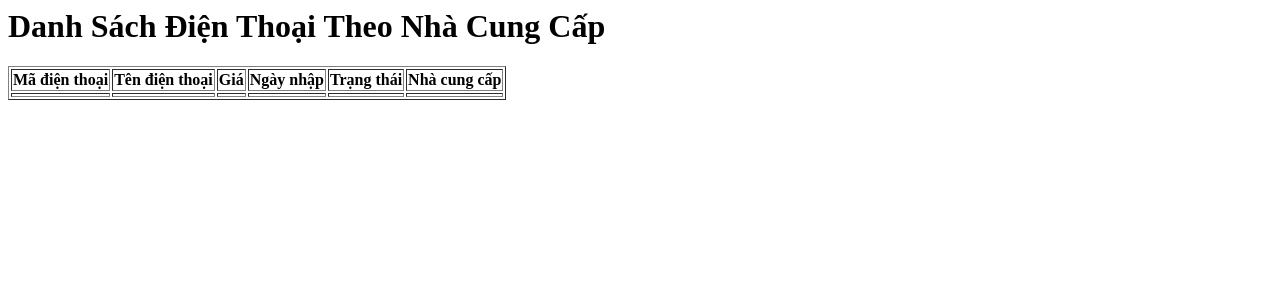
Repository: ducvu2414/WWW_OnGK
Page: http://localhost/Bai1/DanhSachDienThoaiNCC
The author's editor kept a copy of each file at every save. The page is drawn from the files as they stood at one save, then again after a run of saves.
The browser window is 1280 px wide. The pictures show the whole page.
The page is served by Tomcat 10. Other server files are loaded and not shown. Queries for data that is not in the repository find no rows.

Above is the page before, as saved 2024-10-05 05:31:38.

### Bai1/src/main/webapp/DanhSachDienThoaiNCC.jsp
<%@ page contentType="text/html;charset=UTF-8" language="java"%>
<%@ page import="java.util.List"%>
<%@ page import="java.util.Map"%>
<%@ page import="entities.NhaCungCap"%>
<%@ page import="entities.DienThoai"%>

<html>
<head>
<title>Danh Sách Điện Thoại Nhà Cung Cấp</title>
</head>
<body>
	<h1>Danh Sách Điện Thoại Theo Nhà Cung Cấp</h1>


	<table border="1">
		<thead>
			<tr>
				<th>Mã điện thoại</th>
				<th>Tên điện thoại</th>
				<th>Giá</th>
				<th>Ngày nhập</th>
				<th>Trạng thái</th>
				<th>Nhà cung cấp</th>
		</thead>

		<tbody>
			<c:forEach var="dt" items="${nhaCungCapDienThoais}">
				<tr>
					<td>${dt.maDienThoai}</td>
					<td>${dt.tenDienThoai}</td>
					<td>${dt.gia}</td>
					<td>${dt.ngayNhap}</td>
					<td>${dt.trangThai}</td>
					<td>${dt.nhaCungCap.tenNhaCungCap}</td>
				</tr>
			</c:forEach>
		</tbody>
	</table>
</body>
</html>

### Bai1/src/main/java/controller/DanhSachDienThoaiNCCServlet.java
package controller;

import jakarta.annotation.Resource;
import jakarta.servlet.ServletConfig;
import jakarta.servlet.ServletException;
import jakarta.servlet.annotation.WebServlet;
import jakarta.servlet.http.HttpServlet;
import jakarta.servlet.http.HttpServletRequest;
import jakarta.servlet.http.HttpServletResponse;
import java.io.IOException;
import java.util.List;
import java.util.Map;

import javax.sql.DataSource;

import dao.DienThoaiDAO;
import dao.NhaCungCapDAO;
import daoImpl.DienThoaiDAOImpl;
import daoImpl.NhaCungCapDAOImpl;
import entities.DienThoai;
import entities.NhaCungCap;

/**
 * Servlet implementation class DanhSachDienThoaiNCCServlet
 */
public class DanhSachDienThoaiNCCServlet extends HttpServlet {
	private static final long serialVersionUID = 1L;

	@Resource(name = "jdbc/quanlydienthoai")
	private DataSource dataSource;
	private DienThoaiDAO dienThoaiDAO;
	private NhaCungCapDAO nhaCungCapDAO;

	/**
	 * @see HttpServlet#HttpServlet()
	 */
	public DanhSachDienThoaiNCCServlet() {
		super();
		// TODO Auto-generated constructor stub
	}

	@Override
	public void init(ServletConfig config) throws ServletException {
		// TODO Auto-generated method stub
		super.init(config);
		dienThoaiDAO = new DienThoaiDAOImpl(this.dataSource);
		nhaCungCapDAO = new NhaCungCapDAOImpl(this.dataSource);
	}

	/**
	 * @see HttpServlet#doGet(HttpServletRequest request, HttpServletResponse
	 *      response)
	 */
	protected void doGet(HttpServletRequest request, HttpServletResponse response)
			throws ServletException, IOException {
		DienThoaiDAO dienThoaiDAO = new DienThoaiDAOImpl(dataSource);
		List<DienThoai> nhaCungCapDienThoais = dienThoaiDAO.getTatCaDienThoaiNhomTheoNhaCungCap();

		nhaCungCapDienThoais.forEach(dt -> {
			System.out.println(dt.getNhaCungCap().getTenNhaCC());
		});
		request.setAttribute("nhaCungCapDienThoais", nhaCungCapDienThoais);

		request.getRequestDispatcher("/DanhSachDienThoaiNCC.jsp").forward(request, response);
	}

	/**
	 * @see HttpServlet#doPost(HttpServletRequest request, HttpServletResponse
	 *      response)
	 */
	protected void doPost(HttpServletRequest request, HttpServletResponse response)
			throws ServletException, IOException {
		// TODO Auto-generated method stub
		doGet(request, response);
	}

}

### Bai1/src/main/java/daoImpl/DienThoaiDAOImpl.java
package daoImpl;

import java.sql.Connection;
import java.sql.PreparedStatement;
import java.sql.ResultSet;
import java.util.ArrayList;
import java.util.HashMap;
import java.util.List;
import java.util.Map;
import java.util.Optional;

import javax.sql.DataSource;

import dao.DienThoaiDAO;
import dao.NhaCungCapDAO;
import entities.DienThoai;
import entities.NhaCungCap;

public class DienThoaiDAOImpl implements DienThoaiDAO {
	private DataSource dataSource;
	private NhaCungCapDAO nhaCungCapDAO;

	public DienThoaiDAOImpl(DataSource dataSource) {
		super();
		this.dataSource = dataSource;
		nhaCungCapDAO = new NhaCungCapDAOImpl(this.dataSource);
	}

	@Override
	public boolean addDienThoai(DienThoai dt) {
		String sql = "INSERT INTO DIENTHOAI (TENDT, NAMSANXUAT, CAUHINH, MANCC, HINHANH) VALUES (?, ?, ?, ?, ?)";
		try (Connection con = this.dataSource.getConnection(); PreparedStatement ps = con.prepareStatement(sql)) {
			ps.setString(1, dt.getTenDT());
			ps.setInt(2, dt.getNamSanXuat());
			ps.setString(3, dt.getCauHinh());
			ps.setInt(4, dt.getNhaCungCap().getId());
			ps.setString(5, dt.getHinhAnh());

			int rowsInserted = ps.executeUpdate();
			return rowsInserted > 0;
		} catch (Exception e) {
			e.printStackTrace();
			return false;
		}
	}

	@Override
	public boolean updateDienThoai(DienThoai dt) {
		String sql = "UPDATE DIENTHOAI SET TENDT=?, NAMSANXUAT=?, CAUHINH=?, MANCC=?, HINHANH=? WHERE MADT=?";
		try (Connection con = this.dataSource.getConnection(); PreparedStatement ps = con.prepareStatement(sql)) {
			ps.setString(1, dt.getTenDT());
			ps.setInt(2, dt.getNamSanXuat());
			ps.setString(3, dt.getCauHinh());
			ps.setInt(4, dt.getNhaCungCap().getId());
			ps.setString(5, dt.getHinhAnh());
			ps.setLong(6, dt.getId());

			int rowsUpdated = ps.executeUpdate();
			return rowsUpdated > 0;
		} catch (Exception e) {
			e.printStackTrace();
			return false;
		}
	}

	@Override
	public boolean deleteDienThoai(long maDienThoai) {
		String sql = "DELETE FROM DIENTHOAI WHERE MADT=?";
		try (Connection con = this.dataSource.getConnection(); PreparedStatement ps = con.prepareStatement(sql)) {
			ps.setLong(1, maDienThoai);

			int rowsDeleted = ps.executeUpdate();
			return rowsDeleted > 0;
		} catch (Exception e) {
			e.printStackTrace();
			return false;
		}
	}

	@Override
	public Optional<DienThoai> getDienThoai(long maDienThoai) {
		String sql = "SELECT * FROM DIENTHOAI WHERE MADT=?";
		try (Connection con = this.dataSource.getConnection(); PreparedStatement ps = con.prepareStatement(sql)) {
			ps.setLong(1, maDienThoai);
			try (ResultSet rs = ps.executeQuery()) {
				if (rs.next()) {
					DienThoai dienThoai = new DienThoai();
					dienThoai.setId(rs.getLong("MADT"));
					dienThoai.setTenDT(rs.getString("TENDT"));
					dienThoai.setNamSanXuat(rs.getInt("NAMSANXUAT"));
					dienThoai.setCauHinh(rs.getString("CAUHINH"));

					int maNCC = rs.getInt("MANCC");
					NhaCungCap nhaCungCap = nhaCungCapDAO.getNhaCungCap(maNCC).get();
					dienThoai.setNhaCungCap(nhaCungCap);
					dienThoai.setHinhAnh(rs.getString("HINHANH"));
					return Optional.of(dienThoai);
				}
			}
		} catch (Exception e) {
			e.printStackTrace();
		}
		return Optional.empty();
	}

	@Override
	public List<DienThoai> getAllDienThoai() {
		String sql = "SELECT * FROM DIENTHOAI";
		List<DienThoai> dienThoais = new ArrayList<>();
		try (Connection con = this.dataSource.getConnection();
				PreparedStatement ps = con.prepareStatement(sql);
				ResultSet rs = ps.executeQuery()) {
			while (rs.next()) {
				DienThoai dienThoai = new DienThoai();
				dienThoai.setId(rs.getLong("MADT"));
				dienThoai.setTenDT(rs.getString("TENDT"));
				dienThoai.setNamSanXuat(rs.getInt("NAMSANXUAT"));
				dienThoai.setCauHinh(rs.getString("CAUHINH"));
				int maNCC = rs.getInt("MANCC");
				NhaCungCap nhaCungCap = nhaCungCapDAO.getNhaCungCap(maNCC).get();
				dienThoai.setNhaCungCap(nhaCungCap);
				dienThoai.setHinhAnh(rs.getString("HINHANH"));
				dienThoais.add(dienThoai);
			}
		} catch (Exception e) {
			e.printStackTrace();
		}
		return dienThoais;
	}

	@Override
	public List<DienThoai> getDienThoaiByMaNhaCungCap(int maNhaCungCap) {
		String sql = "SELECT * FROM DIENTHOAI WHERE MANCC=?  GROUP BY MANCC;" + "";
		List<DienThoai> dienThoais = new ArrayList<>();
		try (Connection con = this.dataSource.getConnection(); PreparedStatement ps = con.prepareStatement(sql)) {
			ps.setInt(1, maNhaCungCap);
			try (ResultSet rs = ps.executeQuery()) {
				while (rs.next()) {
					DienThoai dienThoai = new DienThoai();
					dienThoai.setId(rs.getLong("MADT"));
					dienThoai.setTenDT(rs.getString("TENDT"));
					dienThoai.setNamSanXuat(rs.getInt("NAMSANXUAT"));
					dienThoai.setCauHinh(rs.getString("CAUHINH"));
					int maNCC = rs.getInt("MANCC");
					NhaCungCap nhaCungCap = nhaCungCapDAO.getNhaCungCap(maNCC).get();
					dienThoai.setNhaCungCap(nhaCungCap);
					dienThoai.setHinhAnh(rs.getString("HINHANH"));
					dienThoais.add(dienThoai);
				}
			}
		} catch (Exception e) {
			e.printStackTrace();
		}
		return dienThoais;
	}

	@Override
	public List<DienThoai> getTatCaDienThoaiNhomTheoNhaCungCap() {
		String sql = "SELECT * FROM DIENTHOAI GROUP BY MANCC Order By MANCC";
		List<DienThoai> dienThoais = new ArrayList<>();
		try (Connection con = this.dataSource.getConnection();
				PreparedStatement ps = con.prepareStatement(sql);
				ResultSet rs = ps.executeQuery()) {
			while (rs.next()) {
				DienThoai dienThoai = new DienThoai();
				dienThoai.setId(rs.getLong("MADT"));
				dienThoai.setTenDT(rs.getString("TENDT"));
				dienThoai.setNamSanXuat(rs.getInt("NAMSANXUAT"));
				dienThoai.setCauHinh(rs.getString("CAUHINH"));
				int maNCC = rs.getInt("MANCC");
				NhaCungCap nhaCungCap = nhaCungCapDAO.getNhaCungCap(maNCC).get();
				dienThoai.setNhaCungCap(nhaCungCap);
				dienThoai.setHinhAnh(rs.getString("HINHANH"));
				dienThoais.add(dienThoai);
			}

		} catch (Exception e) {
			// TODO: handle exception
			e.printStackTrace();
		}
		return dienThoais;
	}

}

### Bai1/src/main/java/daoImpl/NhaCungCapDAOImpl.java
package daoImpl;

import java.sql.Connection;
import java.sql.PreparedStatement;
import java.sql.ResultSet;
import java.util.ArrayList;
import java.util.List;
import java.util.Optional;

import javax.sql.DataSource;

import dao.NhaCungCapDAO;
import entities.NhaCungCap;

public class NhaCungCapDAOImpl implements NhaCungCapDAO {

	private DataSource dataSource;

	public NhaCungCapDAOImpl(DataSource dataSource) {
		super();
		this.dataSource = dataSource;
	}

	@Override
	public List<NhaCungCap> getAllNhaCungCap() {

		// TODO Auto-generated method stub
		String sql = "Select * from NhaCungCap";
		List<NhaCungCap> nhaCungCaps = new ArrayList<NhaCungCap>();
		try (Connection con = this.dataSource.getConnection();
				PreparedStatement ps = (PreparedStatement) con.prepareStatement(sql);
				ResultSet rs = ps.executeQuery();) {
			while (rs.next()) {
				NhaCungCap nhaCungCap = new NhaCungCap();

				int maNhaCungCap = rs.getInt("MANCC");
				String tenNhaCungCap = rs.getString("TENNHACC");
				String diaChi = rs.getString("DIACHI");
				String soDienThoai = rs.getString("SODIENTHOAI");
				nhaCungCap.setDiaChi(diaChi);
				nhaCungCap.setId(maNhaCungCap);
				nhaCungCap.setSoDienThoai(soDienThoai);
				nhaCungCap.setTenNhaCC(tenNhaCungCap);
				nhaCungCaps.add(nhaCungCap);
			}
		} catch (Exception e) {
			// TODO: handle exception
			e.printStackTrace();
		}
		return nhaCungCaps;
	}

	@Override
	public Optional<NhaCungCap> getNhaCungCap(int maNhaCungCap) {
		// TODO Auto-generated method stub
		String sql = "Select * from NhaCungCap where MANCC=?";

		try (Connection con = this.dataSource.getConnection();
				PreparedStatement ps = (PreparedStatement) con.prepareStatement(sql);) {
			ps.setInt(1, maNhaCungCap);
			try (ResultSet rs = ps.executeQuery();) {
				if (rs.next()) {
					NhaCungCap nhaCungCap = new NhaCungCap();
					String tenNhaCungCap = rs.getString("TENNHACC");
					String diaChi = rs.getString("DIACHI");
					String soDienThoai = rs.getString("SODIENTHOAI");
					nhaCungCap.setDiaChi(diaChi);
					nhaCungCap.setId(maNhaCungCap);
					nhaCungCap.setSoDienThoai(soDienThoai);
					nhaCungCap.setTenNhaCC(tenNhaCungCap);
					return Optional.of(nhaCungCap);
				}
			}
		} catch (Exception e) {
			// TODO: handle exception
			e.printStackTrace();
		}
		return Optional.empty();
	}

	@Override
	public boolean addNhaCungCap(NhaCungCap nhaCungCap) {
		String sql = "INSERT INTO NhaCungCap (MANCC,TENNHACC, DIACHI, SODIENTHOAI) VALUES (?,?, ?, ?)";
		try (Connection con = this.dataSource.getConnection(); PreparedStatement ps = con.prepareStatement(sql)) {
			ps.setInt(1, nhaCungCap.getId());
			ps.setString(2, nhaCungCap.getTenNhaCC());
			ps.setString(3, nhaCungCap.getDiaChi());
			ps.setString(4, nhaCungCap.getSoDienThoai());

			int rowsInserted = ps.executeUpdate();
			return rowsInserted > 0;
		} catch (Exception e) {
			e.printStackTrace();
			return false;
		}
	}

	@Override
	public boolean updateNhaCungCap(NhaCungCap nhaCungCap) {
		String sql = "UPDATE NhaCungCap SET TENNHACC=?, DIACHI=?, SODIENTHOAI=? WHERE MANCC=?";
		try (Connection con = this.dataSource.getConnection(); PreparedStatement ps = con.prepareStatement(sql)) {

			ps.setString(1, nhaCungCap.getTenNhaCC());
			ps.setString(2, nhaCungCap.getDiaChi());
			ps.setString(3, nhaCungCap.getSoDienThoai());
			ps.setInt(4, nhaCungCap.getId());

			int rowsUpdated = ps.executeUpdate();
			return rowsUpdated > 0;
		} catch (Exception e) {
			e.printStackTrace();
			return false;
		}
	}

	@Override
	public boolean deleteNhaCungCap(int maNhaCungCap) {
		String sql = "DELETE FROM NhaCungCap WHERE MANCC=?";
		try (Connection con = this.dataSource.getConnection(); PreparedStatement ps = con.prepareStatement(sql)) {

			ps.setLong(1, maNhaCungCap);

			int rowsDeleted = ps.executeUpdate();
			return rowsDeleted > 0;
		} catch (Exception e) {
			e.printStackTrace();
			return false;
		}
	}

	@Override
	public List<NhaCungCap> getNhaCungCap(String searchTerm) {
		String sql = "SELECT * FROM NhaCungCap WHERE MANCC = ? OR TENNHACC LIKE ? OR DIACHI LIKE ? OR SODIENTHOAI LIKE ?";
		List<NhaCungCap> nhaCungCaps = new ArrayList<>();

		try (Connection con = this.dataSource.getConnection(); PreparedStatement ps = con.prepareStatement(sql)) {

			if (searchTerm.matches("\\d+")) {
				ps.setInt(1, Integer.parseInt(searchTerm));
			} else {
				ps.setNull(1, java.sql.Types.INTEGER);
			}

			String likePattern = "%" + searchTerm + "%";
			ps.setString(2, likePattern);
			ps.setString(3, likePattern);
			ps.setString(4, likePattern);

			try (ResultSet rs = ps.executeQuery()) {
				while (rs.next()) {
					NhaCungCap nhaCungCap = new NhaCungCap();
					nhaCungCap.setId(rs.getInt("MANCC"));
					nhaCungCap.setTenNhaCC(rs.getString("TENNHACC"));
					nhaCungCap.setDiaChi(rs.getString("DIACHI"));
					nhaCungCap.setSoDienThoai(rs.getString("SODIENTHOAI"));
					nhaCungCaps.add(nhaCungCap);
				}
			}
		} catch (Exception e) {
			e.printStackTrace();
		}
		return nhaCungCaps;
	}

}

After the next 2 saves:
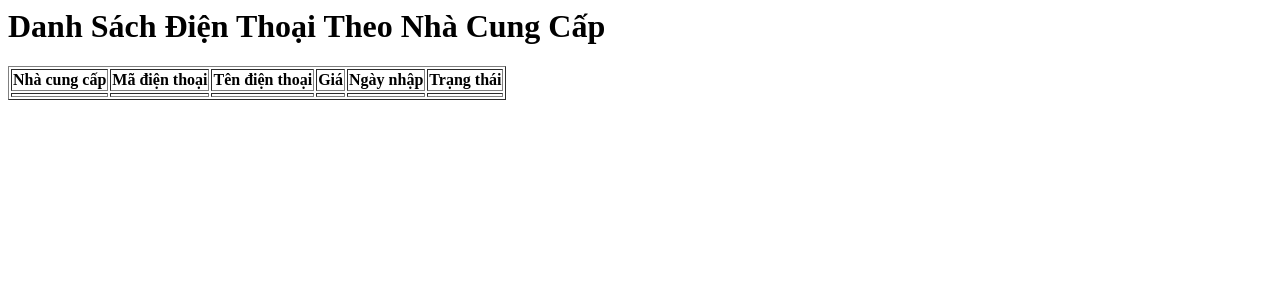
The 2 saves are shown as one change because they came seconds apart.
The last was saved 13 s later.
--- a/Bai1/src/main/webapp/DanhSachDienThoaiNCC.jsp
+++ b/Bai1/src/main/webapp/DanhSachDienThoaiNCC.jsp
@@ -15,12 +15,13 @@
 	<table border="1">
 		<thead>
 			<tr>
+				<th>Nhà cung cấp</th>
+
 				<th>Mã điện thoại</th>
 				<th>Tên điện thoại</th>
 				<th>Giá</th>
 				<th>Ngày nhập</th>
 				<th>Trạng thái</th>
-				<th>Nhà cung cấp</th>
 		</thead>
 
 		<tbody>
